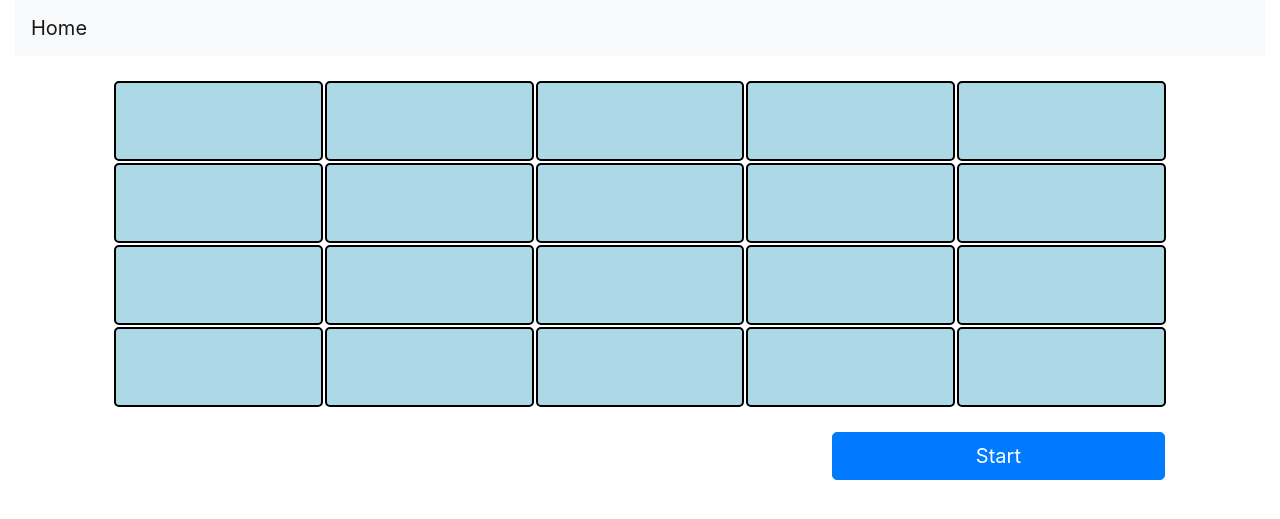
Repository: chrisrees85/memory-block
Page: hard.html
The author's editor kept a record of every edit. The page is drawn from the files as they stood at one moment, then again after the next edit.
The browser window is 1280 px wide. The pictures show the whole page.

Above is the page before.

After the next edit:
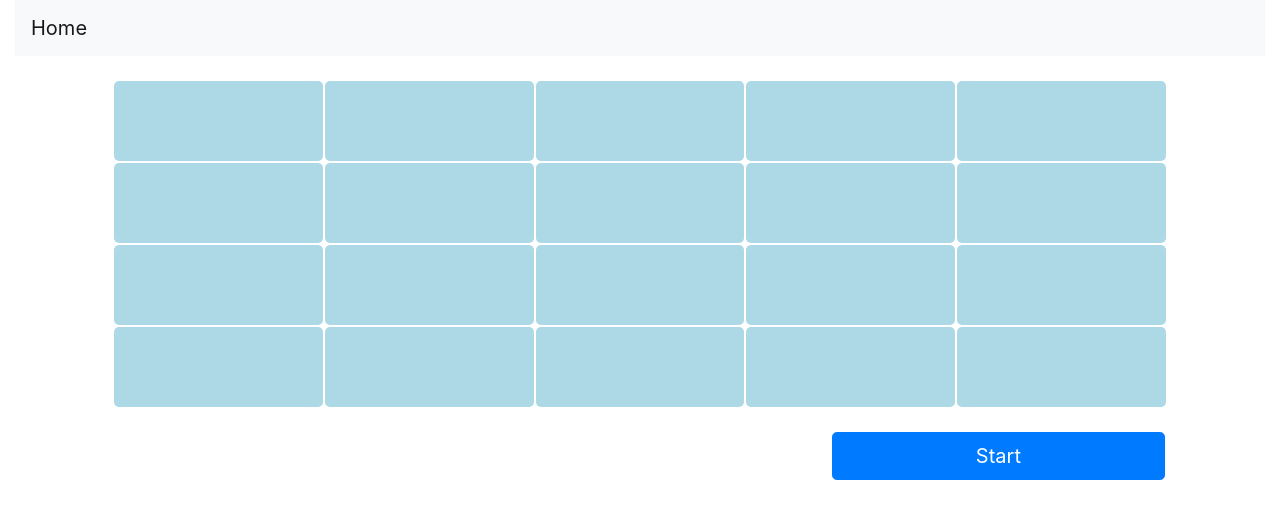
The edit:
--- a/assets/css/style.css
+++ b/assets/css/style.css
@@ -16,7 +16,6 @@
 .tiles{
   background-color: lightblue;
   height:80px;
-  border:2px solid black;
   border-radius: 5px;
   margin:1px;
 }
